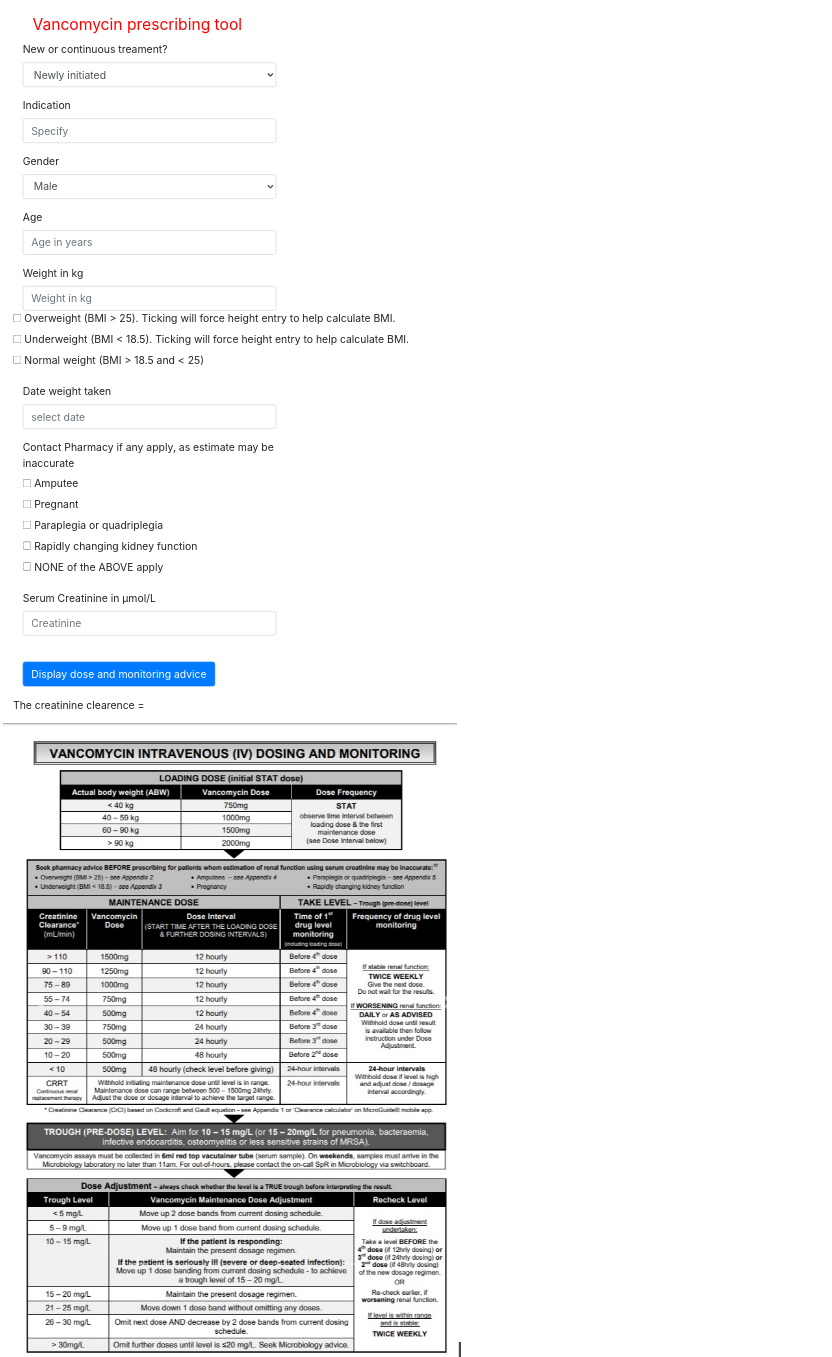
Repository: Mismiles/project-clinical-calculator
Page: index.html
The author's editor kept a record of every edit. The page is drawn from the files as they stood at one moment, then again after the next edit.
The browser window is 1280 px wide. The pictures show the whole page, at 65% of full size.

Above is the page before.
Console error: SyntaxError: Unexpected end of input

After the next edit:
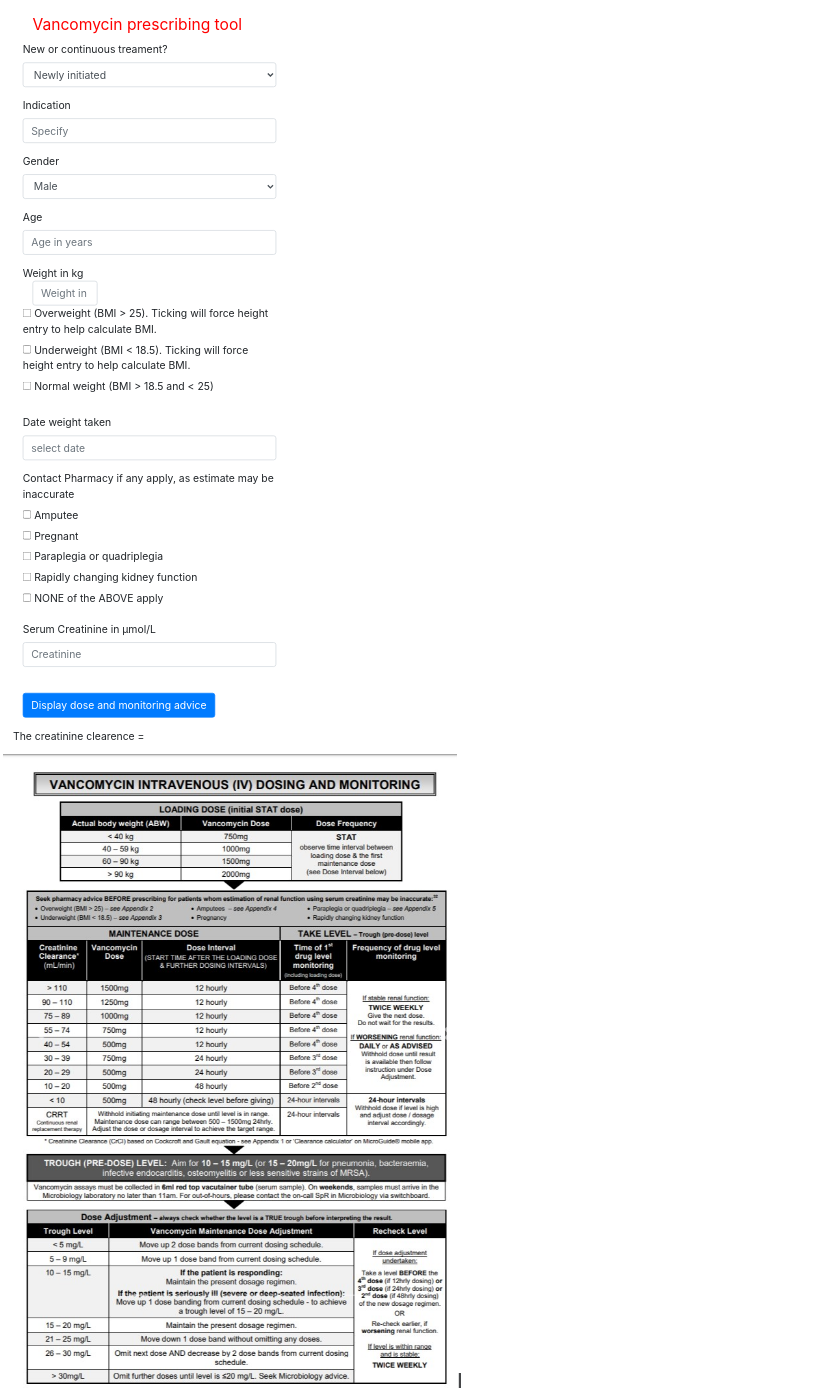
The edit:
--- a/index.html
+++ b/index.html
@@ -66,7 +66,7 @@
 
 <!-- Weight-->
 <div class="form-group">
-  <label class="col-md-4 control-label" for="weight">Weight in kg </label>
+  <label class="col-md-4 control-label" for="weight">Weight in kg
   <div class="col-md-4">
   <input id="weight" name="weight" type="text" placeholder="Weight in kg" MaxLength="3" class="form-control input-md" required="">
   </div>

After the 2 edits that followed:
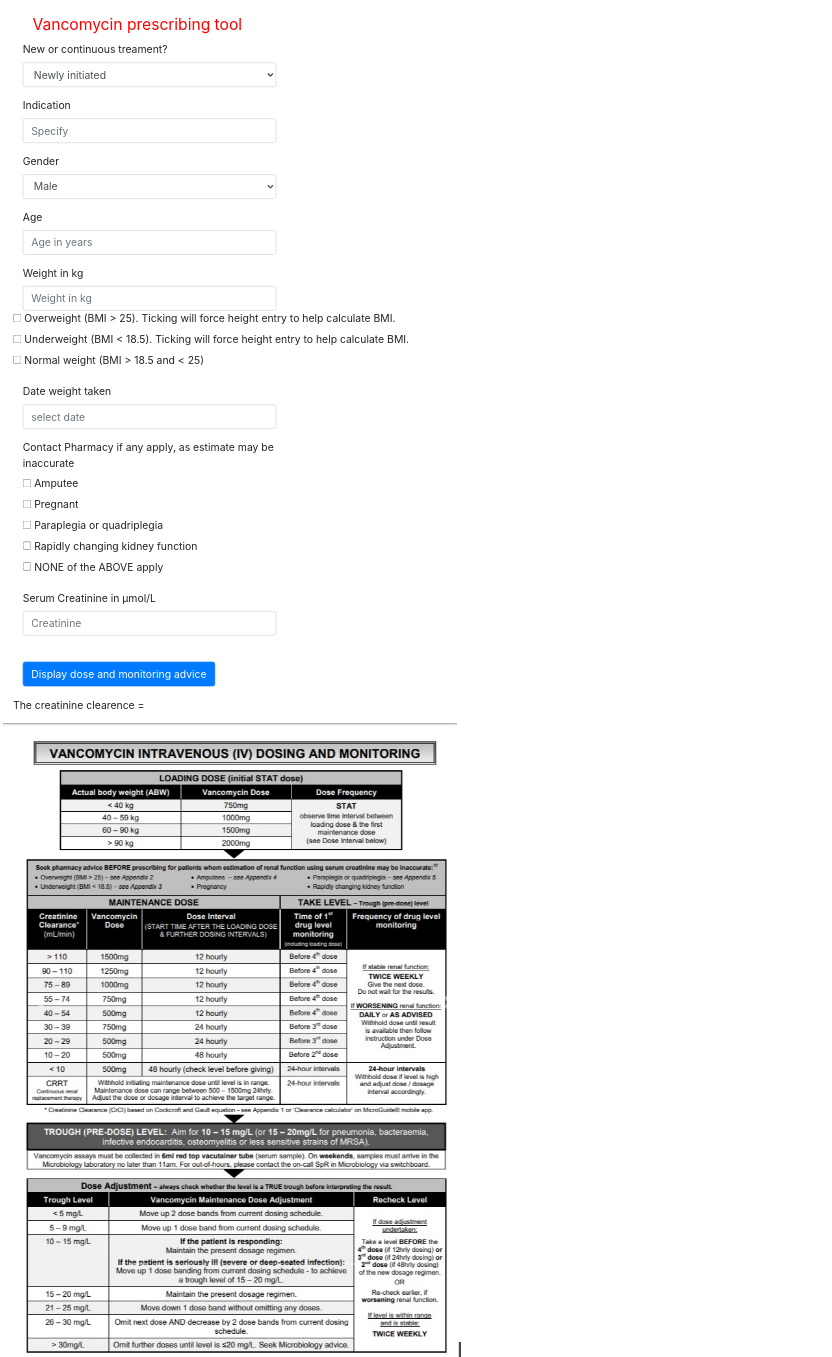
The 2 edits are shown as one change because 1 left the picture as it was.
The edit:
--- a/index.html
+++ b/index.html
@@ -66,7 +66,7 @@
 
 <!-- Weight-->
 <div class="form-group">
-  <label class="col-md-4 control-label" for="weight">Weight in kg
+  <label class="col-md-4 control-label" for="weight">Weight in kg </label>
   <div class="col-md-4">
   <input id="weight" name="weight" type="text" placeholder="Weight in kg" MaxLength="3" class="form-control input-md" required="">
   </div>
@@ -89,6 +89,7 @@
     </label>
 	</div>
 </div>
+
 
 <!-- Date picker-->
 <div class="form-group">
